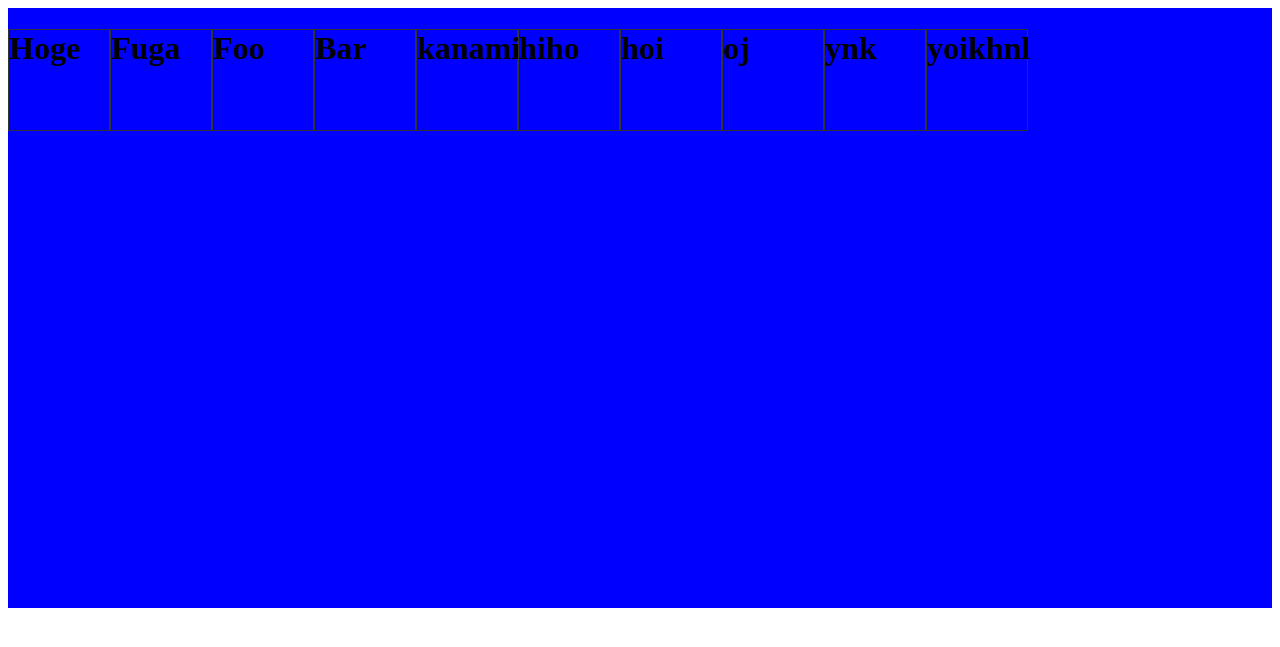
Repository: kanami0019/samurai_HTML-CSS
Page: Untitled1.html
The author's editor kept a record of every edit. The page is drawn from the files as they stood at one moment, then again after the next edit.
The browser window is 1280 px wide. The pictures show the whole page.

Above is the page before.

After the next edit:
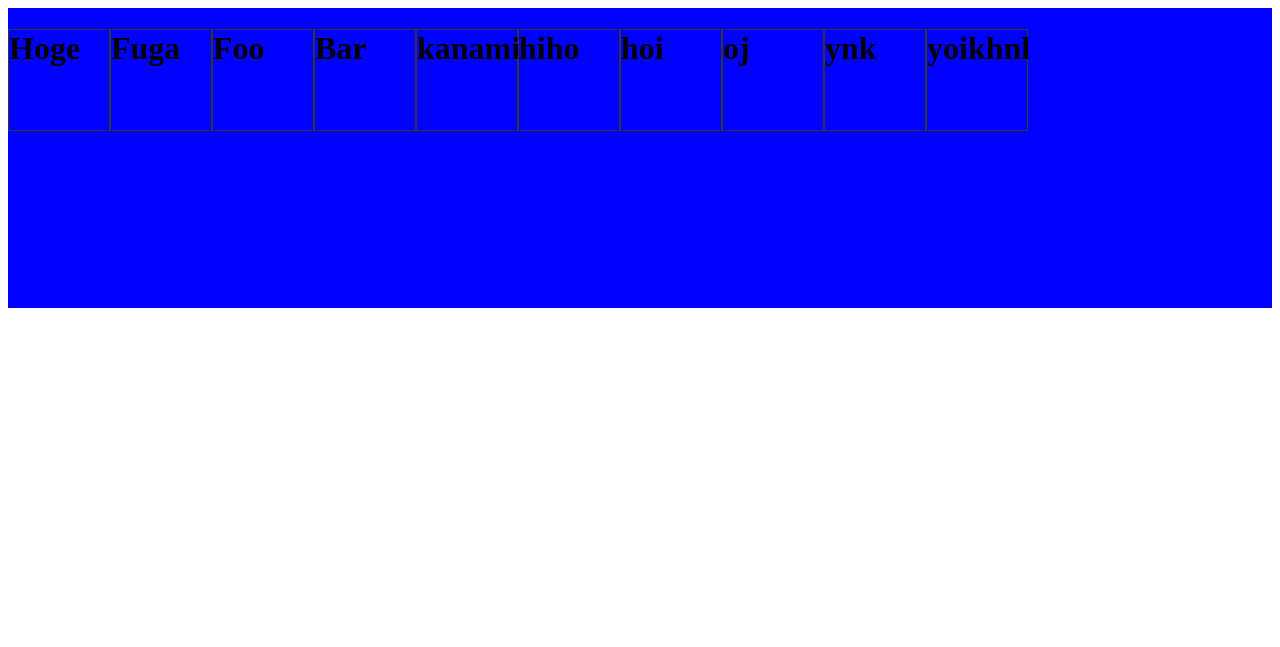
The edit:
--- a/Untitled1.html
+++ b/Untitled1.html
@@ -15,7 +15,7 @@
 </body>
 <style>
     #stretch {
-        height: 600px;
+        height: 300px;
         width: 100%;
         display: flex;
         flex-wrap: wrap;

After the 2 edits that followed:
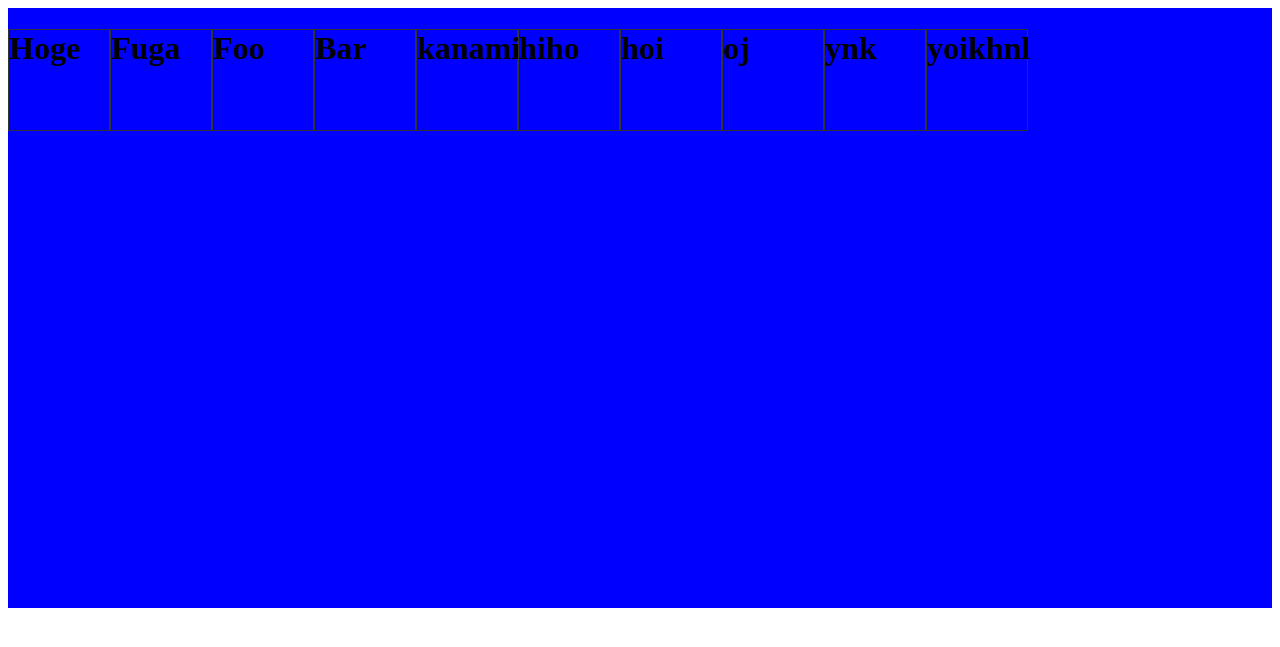
The 2 edits are shown as one change because 1 left the picture as it was.
The edit:
--- a/Untitled1.html
+++ b/Untitled1.html
@@ -15,11 +15,12 @@
 </body>
 <style>
     #stretch {
-        height: 300px;
+        height: 600px;
         width: 100%;
         display: flex;
         flex-wrap: wrap;
-        align-content:stretch;
+        /*align-items:flex-start;*/
+        align-content:flex-start;
         background-color: blue;
     }
     h1 {
